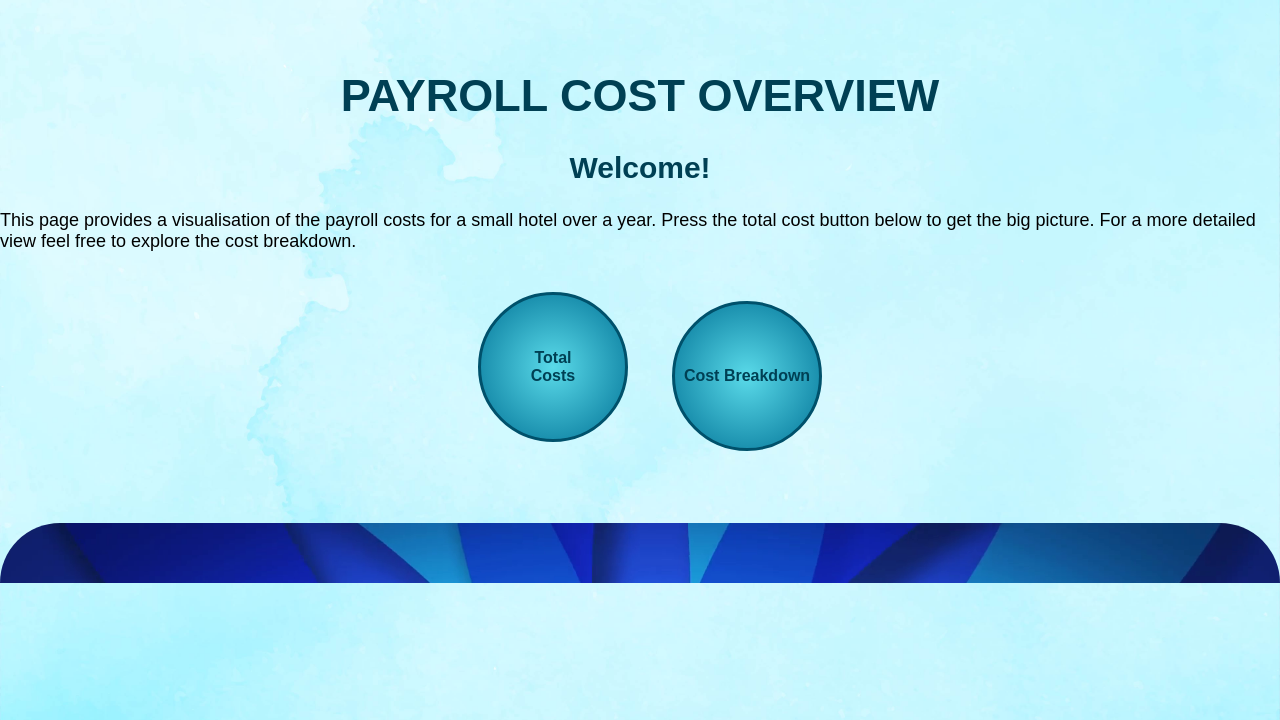
Repository: Code-Institute-Submissions/danfiliphoff-Milestoneproject-2
Page: index.html
The author's editor kept a record of every edit. The page is drawn from the files as they stood at one moment, then again after the next edit.
The browser window is 1280 px wide. The pictures show the whole page.

Above is the page before.

### index.html
<!DOCTYPE html>
<html lang="en">
<head>
    <meta charset="UTF-8">
    <meta name="viewport" content="width=device-width, initial-scale=1.0">
    <meta http-equiv="X-UA-Compatible" content="ie=edge">
    <title>Payroll Dashboard</title>
    <link rel="stylesheet" href="static/css/style.css" type="text/css" />
    <link rel="stylesheet" href="" type="text/css" />
    <link rel="stylesheet" href="static/pictures/html_background.jpg" type="image/jpg" />
    <link rel="stylesheet" href="https://stackpath.bootstrapcdn.com/font-awesome/4.7.0/css/font-awesome.min.css" type="text/css" />
    <script src="https://ajax.googleapis.com/ajax/libs/jquery/3.3.1/jquery.min.js"></script>
    <script src="https://maxcdn.bootstrapcdn.com/bootstrap/3.4.0/js/bootstrap.min.js"></script>
</head>
<body id="index-body-size">
    <div class="container-fluid" id="index-background">
        <header>
            <!--*******Title*********-->
                <div >
                   <div class="row">
                        <h1 class="col-md-12 paddingtitle title">
                             <a href="index.html" class="title">
                                 <br>
                                 <span>Payroll Cost Overview</span>
                                 <br>
                             </a>
                        </h1>
                   </div>
                </div>
        </header>
        <!--****** Welcome Text******-->
        <article class="container-fluid">
            <h2 class="topic-header">Welcome!</h2>
            <section>
                <p class="topic-text">
                    This page provides a visualisation of the payroll costs
                    for a small hotel over a year. Press the total cost button
                    below to get the big picture. For a more detailed view feel
                    free to explore the cost breakdown.
                </p>
            </section>
        </article>
        <!--****** Navigation Buttons******-->
        <div class="mobile" id="indexcontent">
            <div class="row" id="center-btn">
                <div class="col-md-12">
                    <form style="display: inline" action="total_cost.html" method="get">
                        <button class="mainbutton">
                            <span>Total<br> Costs</span>
                        </button>
                    </form>
                    <form style="display: inline" action="account.html" method="get">
                        <button class="mainbutton">
                            <span>Cost Breakdown</span>
                        </button>
                    </form>
                </div>
            </div>
        </div>
        <!--****** Footer Buttons******-->
        <footer class="container-fluid footer-pinned">
            <div class="row footerbackgrund">
            </div>
        </footer>
    </div>



</body>

### static/css/style.css


/*--------HEADER-------*/
.paddingtitle{
    padding-top:25px;
    text-align: center;
}

.title {
    font-family: "Nunito", Arial;
    font-weight: 800;
    font-size: 45px;
    line-height: 50px;
    text-transform: uppercase;
    color:#004054;
    text-decoration: none !important;
    top: 0.5%;
    position: relative;
}

/*--------Index-------*/
#index-body-size{
    position: fixed;
    height: 100%;
    width: 100%;
    margin-top: -34px;
    margin-left: 0px;
}
#indexcontent{
    text-align: center;
    margin-top: 1%;
}

#center-btn{
    margin-right: 20px;
}

.mainbutton{
    border-radius: 50%;
    color: #004054;
    background: radial-gradient(#5adae9, #017296);
    height: 150px;
    width: 150px;
    font-family: "Nunito", Arial;
    font-weight: 800;
    font-size:16px;
    border: 3px solid #00516b;
    transition: all 0.5s;
    cursor: pointer;
    text-align: center;
    margin-bottom: 22px;
    margin-top: 22px;
    margin-left: 40px;
}

.mainbutton:hover{
  box-shadow: 0 12px 16px 0 rgba(0,0,0,0.24), 0 17px 50px 0 rgba(0,0,0,0.19);
}

.mainbutton span{
  cursor: pointer;
  display: inline-block;
  position: relative;
  transition: 0.5s;
}

.mainbutton span:after{
  content: '\00bb';
  position: absolute;
  opacity: 0;
  top: 0;
  right: -20px;
  transition: 0.5s;
}

.mainbutton:hover span{
  padding-right: 25px;
}

.mainbutton:hover span:after{
  opacity: 1;
  right: 0;
}




/*--------GENERAL-------*/
#index-background{
    position: fixed;
    background-repeat:no-repeat;
    background-size:cover;
    background-image: url("../pictures/html_background.jpg");
    height: 110%;
    width: 100%;
}

.conatainer-topics{
     text-align: justify;
     max-width: 600px;
     margin-left: 34.5%;
}

.topic-header{
  font-family: "Nunito", Arial;
  font-weight: 700;
  font-size:  30px;
  color:#004054;
  text-align: center;
}

.topic-text{
  font-family: "Nunito", Arial;
  color:black;
  font-size: 18px;
  text-decoration: none!important;
}



/*below hides y axis for accounts bar graph*/
#Cost-Per-Type .axis.y { display: none; }

/*--------------FOOTER-------------------*/
.footerbackgrund{
  bottom: 0;
  margin-top: 50px;
  border-radius: 170px 170px 0px 0px;
  background-repeat:no-repeat;
  background-size:cover;
  background-image: url("../pictures/footerbackground.jpg");
  height: 60px;
}

.logo{
    background-repeat: no-repeat;
    max-height: 100px;
    margin-top: 12px;
    margin-bottom: 20px;
    margin-left:55px;
}

img:hover{
  box-shadow: 0 0 2px 1px rgba(0, 140, 186, 0.5);
}

.social-links{
    list-style-type: none;
    text-align:right;
    margin-top: 12px;
    margin-right: 24px;
}

.social-links li a i{
    margin-right: 8px;
    width: 40px;
    height: 40px;
    padding: 15px 0;
    border-radius: 50%;
    font-size: 25px;
    line-height: 7px;
    text-align: center;
    color:#004054;
    background:#5adae9;
    transition: all 0.35s ease-in-out;
    -moz-transition: all 0.35s ease-in-out;
    -webkit-transition: all 0.35s ease-in-out;
    -o-transition: all 0.35s ease-in-out;
}

.social-links li a i:hover{
    background:#ffffff ;
}

.mail-footer{
    padding-bottom: 15px;
    list-style-type: none;
    margin-top: 15px;
}

.mail-footer li a i{
    margin-top: 10px;
    width: 40px;
    height: 40px;
    padding: 15px 0;
    font-weight: 900;
    border-radius: 50%;
    font-size: 28px;
    line-height: 7px;
    text-align: center;
    color:#004054;
    background:#5adae9;
    transition: all 0.35s ease-in-out;
    -moz-transition: all 0.35s ease-in-out;
    -webkit-transition: all 0.35s ease-in-out;
    -o-transition: all 0.35s ease-in-out;
}

.mail-footer li a i:hover{
    background:#ffffff ;
}

.socialspacing{
    color:#ffffff;
    font-family: "Nunito", Arial;
    text-transform: uppercase;
    font-weight: 300;
    text-decoration: none;
    text-align:center;
}

.sociallinks{
    margin-top:5px;
    margin-left:auto;
    margin-right:auto;
    min-width: 50px;
}

.envelope{
    font-weight: 800;
}

After the next edit:
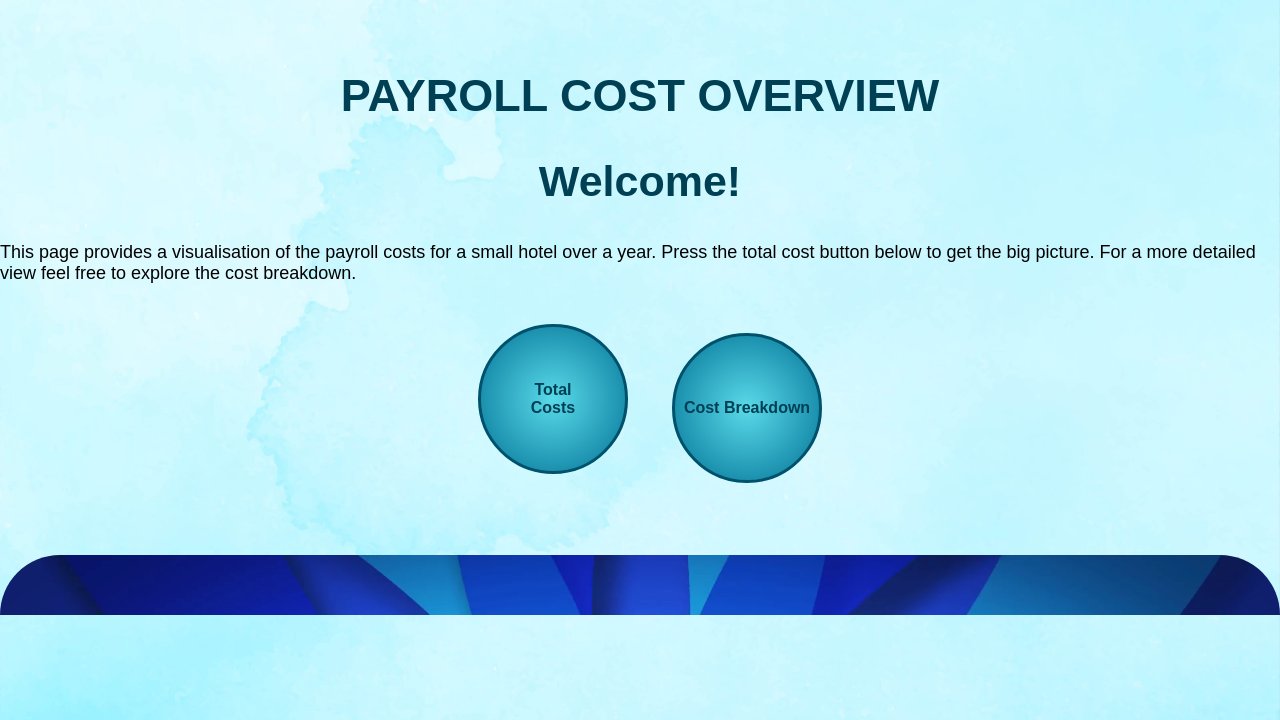
The edit:
--- a/static/css/style.css
+++ b/static/css/style.css
@@ -104,7 +104,7 @@
 .topic-header{
   font-family: "Nunito", Arial;
   font-weight: 700;
-  font-size:  30px;
+  font-size:  43px;
   color:#004054;
   text-align: center;
 }
